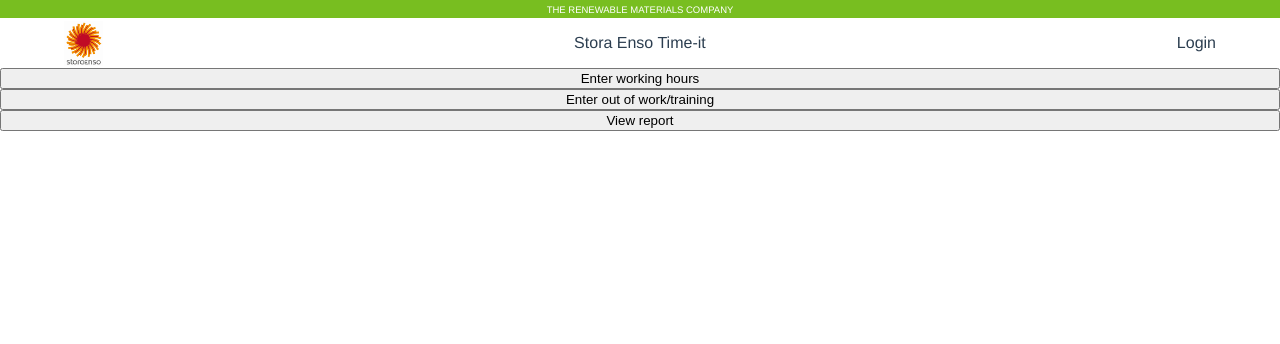
Repository: marianreha/vue-timeit
Page: /
An editor plug-in stored every save of this project. The page is shown before and after the next save, followed by the edit.
The browser window is 1280 px wide. The pictures show the whole page.
Some web fonts or font styles are not loaded; a fallback is used. The project was rebuilt for these pictures with package versions that can differ from the ones it lists, and the page was loaded fresh each time. Also part of the build but not shown: vue.config.js.

Above is the page before, as saved 2020-03-29 19:27:26.

### src/App.vue
<template>
  <div id="app">
    <Navbar />
    <Home />
  </div>
</template>

<script>
import Navbar from './components/Navbar'
import Home from './components/Home'

export default {
  name: 'App',
  components: {
    Navbar,
    Home,
  }
}
</script>

<style>
@import url(//db.onlinewebfonts.com/c/2afedaab5a5177410b408023384af22d?family=HelveticaNeueLTW01-55Roman);

#app {
  font-family: Helvetica, Arial, sans-serif;
  -webkit-font-smoothing: antialiased;
  -moz-osx-font-smoothing: grayscale;
  text-align: center;
  color: #2c3e50;
  padding: 0px;
}

* {
    box-sizing: border-box;
    margin: 0 !important;
    cursor: default;
}
</style>

### src/components/Navbar.vue
<template>
  <div>
      <header class="green">
          The renewable materials company
      </header>
      <header class="navbar">
          <img class="logo" src="../assets/logo.jpg" alt="logo">
          <nav>
              Stora Enso Time-it
          </nav>
          <span>Login</span>
      </header>
  </div>
</template>

<script>
export default {
    name: 'Navbar',
}
</script>

<style>
.green {
    padding: 4px 0 3px 0;
    background-color: #78BE20;
    color: #FFFFFF;
    font-size: 9.5px;
    text-transform: uppercase;
}

.navbar {
    display: flex;
    height: 2rem;
    justify-content: space-between;
    align-items: center;
    padding: 25px 5%;
    box-shadow: 0 3px 8px -8px;
}

.logo {
    height: 45px;
    cursor: pointer;
}
</style>>

### src/components/Home.vue
<template>
  <div>
      <div class="btn-group">
        <button>Enter working hours</button>
        <button>Enter out of work/training</button>
        <button>View report</button>
      </div>
  </div>
</template>

<script>
export default {
    name: "Home"
}
</script>

<style>
.btn-group {
    display: flex;
    flex-direction: column;
    justify-content: center;
    margin: 1000px;
}

/* .btn-group button {
    width: 70%;
    justify-self: center;
} */

</style>

Loaded but not shown: public/index.html (common file); src/main.js (common file)

After the next save:
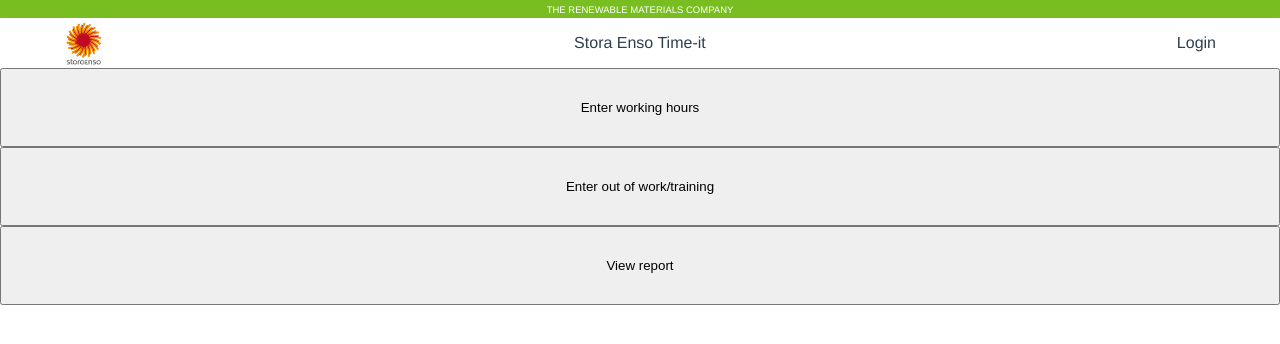
Saved 21 s later.
--- a/src/components/Home.vue
+++ b/src/components/Home.vue
@@ -19,12 +19,10 @@
     display: flex;
     flex-direction: column;
     justify-content: center;
-    margin: 1000px;
 }
 
-/* .btn-group button {
-    width: 70%;
-    justify-self: center;
-} */
+.btn-group button {
+    padding: 30px;
+}
 
 </style>
